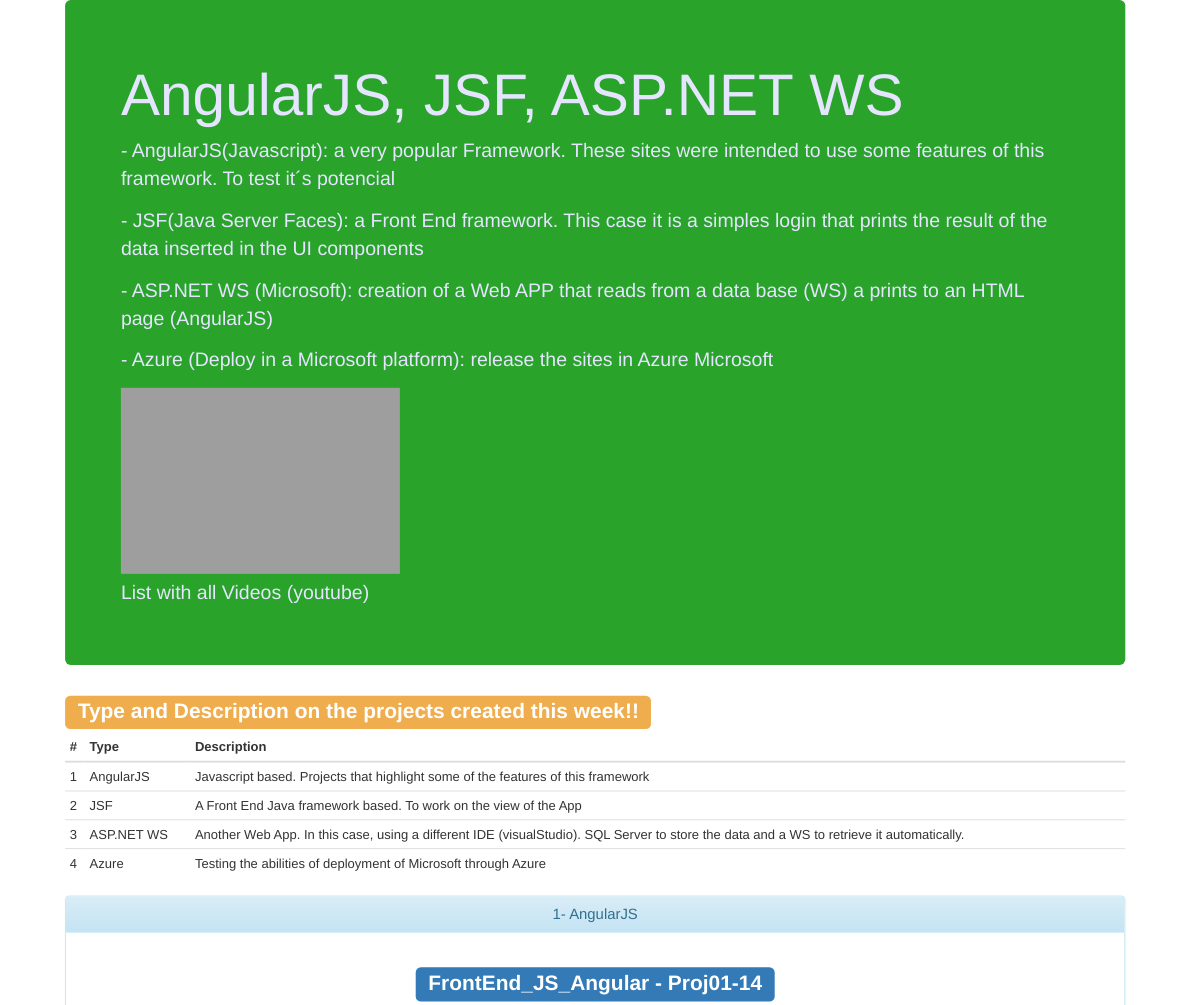
Repository: atafs/Deploy_GoogleAppEngine_webAPPS
Page: Project_002_Deploy_americotomasLIB/war/index.html
The author's editor kept a copy of each file at every save. The page is drawn from the files as they stood at one save, then again after the next save.
The browser window is 1280 px wide. The pictures show the part of the page from y = 0 to 1081 px (the page is 2904 px tall), at 93% of full size.
Pictures or frames that could not be fetched are drawn as grey boxes.

Above is the page before, as saved 2016-02-04 17:12:17.
Console error (its wording comes from the project's code and is left out).

### Project_002_Deploy_americotomasLIB/war/index.html
<!DOCTYPE html>
<html lang="en">
<head>
<meta charset="utf-8">
<meta http-equiv="X-UA-Compatible" content="IE=edge">
<meta name="viewport" content="width=device-width, initial-scale=1">
<!-- The above 3 meta tags *must* come first in the head; any other head content must come *after* these tags -->
<meta name="description" content="">
<meta name="author" content="">
<link rel="icon" href="../../favicon.ico">

<title>AmericoTomas Proj</title>

</head>
<body role="document">
	<div class="container theme-showcase" role="main">
		<!-- Main jumbotron for a primary marketing message or call to action -->
		<div style="background-color: #29a329; color: #e5e5ff" class="jumbotron">
			<h1>AngularJS, JSF, ASP.NET WS</h1>
			<p>- AngularJS(Javascript): a very popular Framework. These sites were intended to use some features of this framework. To test it´s potencial</p>
			<p>- JSF(Java Server Faces): a Front End framework. This case it is a simples login that prints the result of the data inserted in the UI components</p>
			<p>- ASP.NET WS (Microsoft): creation of a Web APP that reads from a data base (WS) a prints to an HTML page (AngularJS)</p>
			<p>- Azure (Deploy in a Microsoft platform): release the sites in Azure Microsoft </p>

			<iframe width="300" height="200" src="https://www.youtube.com/embed/videoseries?list=PLBaNeIDelX0LWugK_EMfT9q_S85-bH_qY" frameborder="0" allowfullscreen></iframe>
			<p>List with all Videos (youtube)</p>

		</div>
		<h2>
			<span class="label label-warning">Type and Description on the
				projects created this week!!</span>
		</h2>
		<div class="row-md-6">
			<table class="table table-condensed">
				<thead>
					<tr>
						<th>#</th>
						<th>Type</th>
						<th>Description</th>
					</tr>
				</thead>
				<tbody>
					<tr>
						<td>1</td>
						<td>AngularJS</td>
						<td>Javascript based. Projects that highlight some of the features of this framework </td>
					</tr>
					<tr>
						<td>2</td>
						<td>JSF</td>
						<td>A Front End Java framework based. To work on the view of the App</td>
					</tr>
					<tr>
						<td>3</td>
						<td>ASP.NET WS</td>
						<td>Another Web App. In this case, using a different IDE (visualStudio). SQL Server to store the data and a WS to retrieve it automatically. </td>
					</tr>
					<tr>
						<td>4</td>
						<td>Azure</td>
						<td>Testing the abilities of deployment of Microsoft through Azure</td>
					</tr>
				</tbody>
			</table>
		</div>
		<div class="row"></div>
		<!-- /.col-sm-4 -->
		<div class="row-sm-4"  style="text-align: center">
			<div class="panel panel-info">
				<div class="panel-heading">
					<h3 class="panel-title">1- AngularJS</h3>
				</div>
				<div class="panel-body">
					<h2>
						<span class="label label-primary" style="color: white;">FrontEnd_JS_Angular - Proj01-14</span>
					</h2>
					<iframe width="560" height="315" src="https://www.youtube.com/embed/Ko11xbZfoR0?list=PLBaNeIDelX0LWugK_EMfT9q_S85-bH_qY" frameborder="0" allowfullscreen></iframe>
			</div>

			<div class="panel panel-info">
				<div class="panel-heading">
					<h3 class="panel-title">2- Java Server Faces</h3>
				</div>
				<div class="panel-body">
					<div>
						<h2>
							<span class="label label-primary" style="color: white;">FrontEnd_Java_JSF - Proj01-02</span>
						</h2>
						<iframe width="560" height="315" src="https://www.youtube.com/embed/knD61DM7_cI?list=PLBaNeIDelX0LWugK_EMfT9q_S85-bH_qY" frameborder="0" allowfullscreen></iframe>
					</div>
				</div>
			</div>
			<div class="panel panel-info">
				<div class="panel-heading">
					<h3 class="panel-title">ASP.NET WS</h3>
				</div>
				<div class="panel-body">
					<h2>
						<span class="label label-primary" style="color: white;">BackEnd_C-Sharp_ASP_NET_WS_AngularJS - Proj01-02</span>
					</h2>
					<iframe width="560" height="315" src="https://www.youtube.com/embed/n4GIGLrWXkw?list=PLBaNeIDelX0LWugK_EMfT9q_S85-bH_qY" frameborder="0" allowfullscreen></iframe>
				</div>
			</div>
			<div class="panel panel-info">
				<div class="panel-heading">
					<h3 class="panel-title">4- Sites of these APPS</h3>
				</div>
				<div class="panel-body">
					 <div style="text-align: left">
				        <h4>Sites of One Page for an AngularJS simple Features:</h4>
				        <p> - Site01: <a href="http://americotomaslib001nodejsfirst.azurewebsites.net/">001nodejsfirst</a></p>
				        <p> - Site02: <a href="http://americotomaslib002nodejslibandbinding.azurewebsites.net/">002nodejslibandbinding.</a></p>
				        <p> - Site03: <a href="http://americotomaslib003nodejsmoduleandcontroller.azurewebsites.net/">003nodejsmoduleandcontroller</a></p>
				        <p> - Site04: <a href="http://americotomaslib004nodejscontrollers.azurewebsites.net/">004nodejscontrollers</a></p>
				        <p> - Site05: <a href="http://americotomaslib005nodejssrcdirective.azurewebsites.net/">005nodejssrcdirective</a></p>
				        <p> - Site06: <a href="http://americotomaslib006twowaydatabinding.azurewebsites.net/">006twowaydatabinding</a></p>
				        <p> - Site07: <a href="http://americotomaslib007ngrepeat.azurewebsites.net/">007ngrepeat</a></p>
				        <p> - Site08: <a href="http://americotomaslib008buttonevents.azurewebsites.net/">008buttonevents</a></p>
				        <p> - Site09: <a href="http://americotomaslib009filters.azurewebsites.net/">009filters</a></p>
				        <p> - Site10: <a href="http://americotomaslib010filterexactmatch.azurewebsites.net/">010filterexactmatch</a></p>
				        <p> - Site11: <a href="http://americotomaslib011nghideshow.azurewebsites.net/">011nghideshow</a></p>
				        <p> - Site12: <a href="http://americotomaslib012nginit.azurewebsites.net/">012nginit</a></p>
				        <p> - Site13: <a href="http://americotomaslib013anchorscroll.azurewebsites.net/">013anchorscroll</a></p>
    				</div>
				</div>
			</div>
		</div>
	</div>
	<!-- /container -->

	<!-- Latest compiled and minified CSS -->
	<link rel="stylesheet"
		href="https://maxcdn.bootstrapcdn.com/bootstrap/3.3.6/css/bootstrap.min.css"
		integrity="sha384-1q8mTJOASx8j1Au+a5WDVnPi2lkFfwwEAa8hDDdjZlpLegxhjVME1fgjWPGmkzs7"
		crossorigin="anonymous">

	<!-- Optional theme -->
	<link rel="stylesheet"
		href="https://maxcdn.bootstrapcdn.com/bootstrap/3.3.6/css/bootstrap-theme.min.css"
		integrity="sha384-fLW2N01lMqjakBkx3l/M9EahuwpSfeNvV63J5ezn3uZzapT0u7EYsXMjQV+0En5r"
		crossorigin="anonymous">

	<!-- Latest compiled and minified JavaScript -->
	<script
		src="https://maxcdn.bootstrapcdn.com/bootstrap/3.3.6/js/bootstrap.min.js"
		integrity="sha384-0mSbJDEHialfmuBBQP6A4Qrprq5OVfW37PRR3j5ELqxss1yVqOtnepnHVP9aJ7xS"
		crossorigin="anonymous"></script>
</body>
</html>

After the next save:
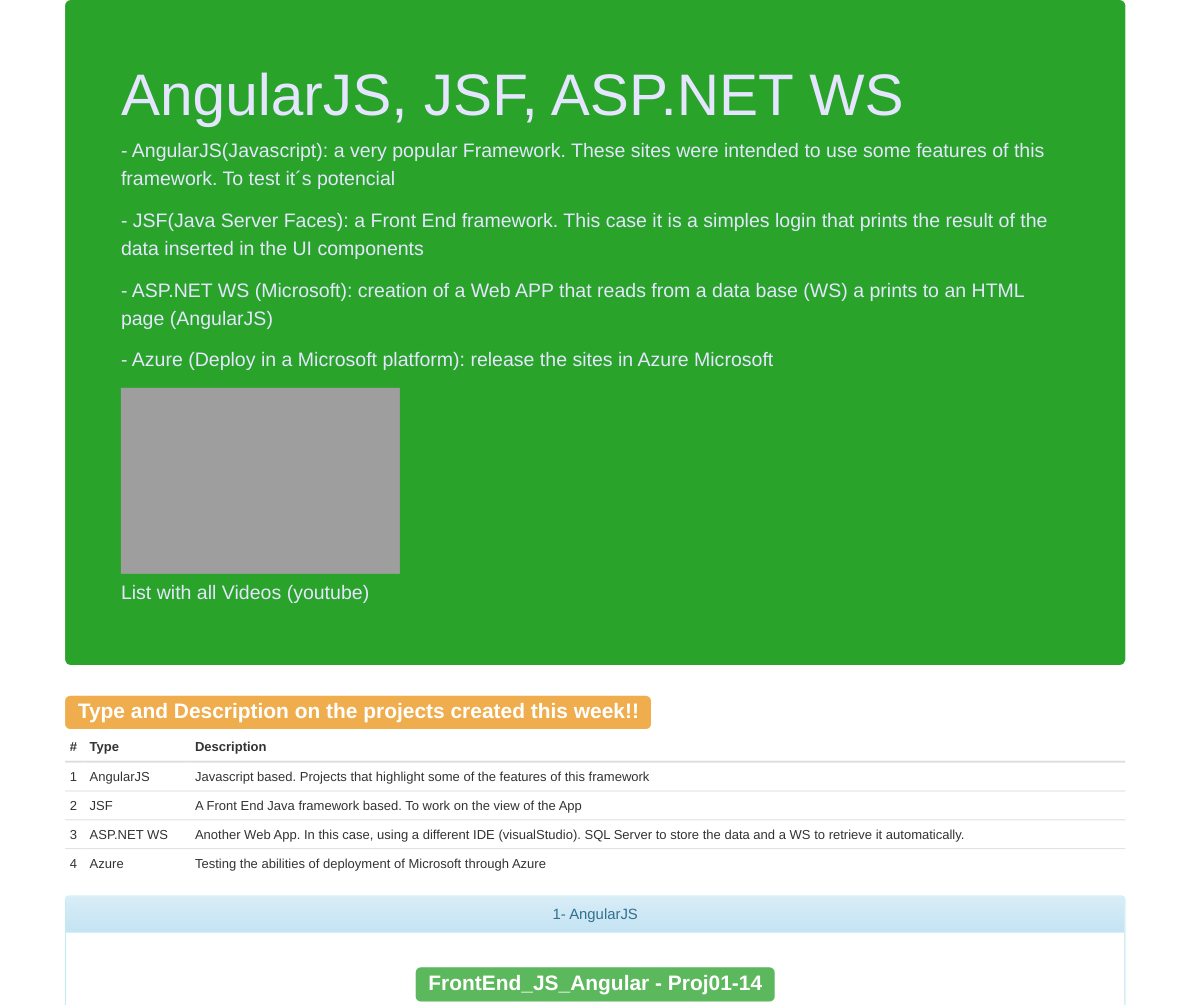
Saved 3 min 32 s later.
--- a/Project_002_Deploy_americotomasLIB/war/index.html
+++ b/Project_002_Deploy_americotomasLIB/war/index.html
@@ -72,7 +72,7 @@
 				</div>
 				<div class="panel-body">
 					<h2>
-						<span class="label label-primary" style="color: white;">FrontEnd_JS_Angular - Proj01-14</span>
+						<span class="label label-success" style="color: white;">FrontEnd_JS_Angular - Proj01-14</span>
 					</h2>
 					<iframe width="560" height="315" src="https://www.youtube.com/embed/Ko11xbZfoR0?list=PLBaNeIDelX0LWugK_EMfT9q_S85-bH_qY" frameborder="0" allowfullscreen></iframe>
 			</div>
@@ -84,7 +84,7 @@
 				<div class="panel-body">
 					<div>
 						<h2>
-							<span class="label label-primary" style="color: white;">FrontEnd_Java_JSF - Proj01-02</span>
+							<span class="label label-success" style="color: white;">FrontEnd_Java_JSF - Proj01-02</span>
 						</h2>
 						<iframe width="560" height="315" src="https://www.youtube.com/embed/knD61DM7_cI?list=PLBaNeIDelX0LWugK_EMfT9q_S85-bH_qY" frameborder="0" allowfullscreen></iframe>
 					</div>
@@ -96,7 +96,7 @@
 				</div>
 				<div class="panel-body">
 					<h2>
-						<span class="label label-primary" style="color: white;">BackEnd_C-Sharp_ASP_NET_WS_AngularJS - Proj01-02</span>
+						<span class="label label-success" style="color: white;">BackEnd_C-Sharp_ASP_NET_WS_AngularJS - Proj01-02</span>
 					</h2>
 					<iframe width="560" height="315" src="https://www.youtube.com/embed/n4GIGLrWXkw?list=PLBaNeIDelX0LWugK_EMfT9q_S85-bH_qY" frameborder="0" allowfullscreen></iframe>
 				</div>
